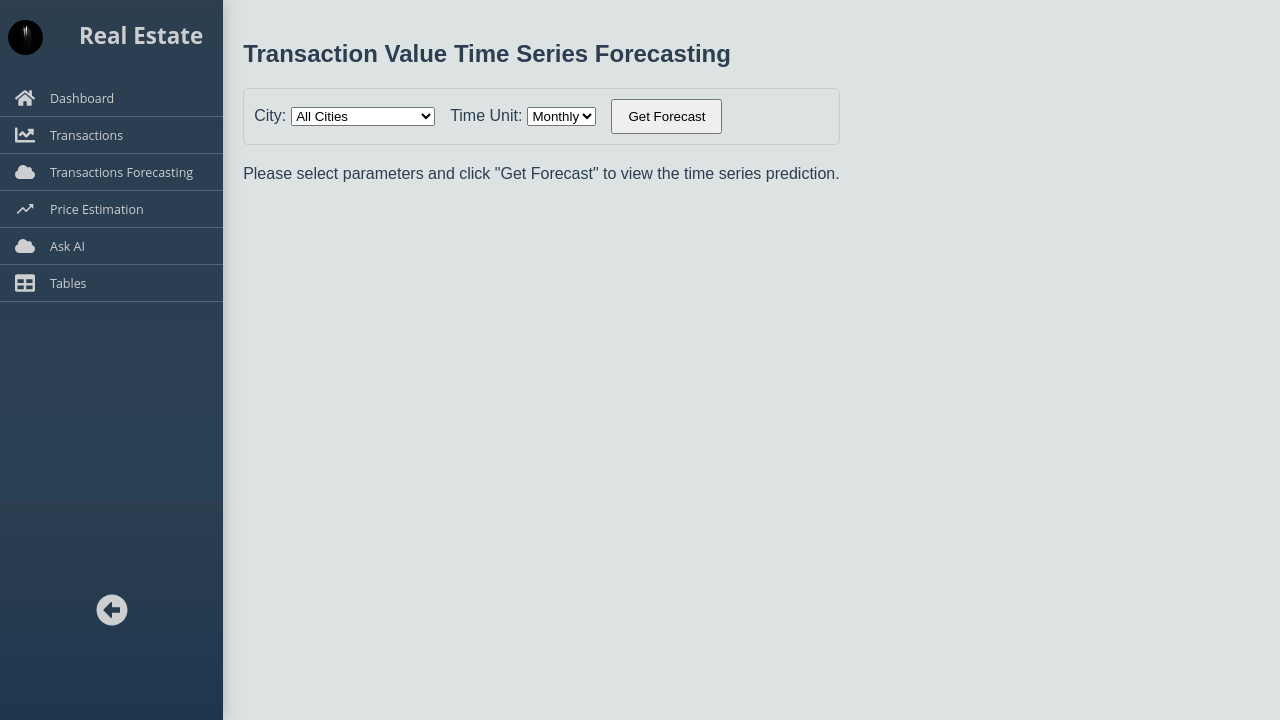
Repository: ZainabJammal/real-estate-system
Page: /transactions_forecasting (app in frontend/)
The author's editor kept a copy of each file at every save. The page is drawn from the files as they stood at one save, then again after the next save.
The browser window is 1280 px wide. The pictures show the whole page.
The project was rebuilt for these pictures with package versions that can differ from the ones it lists, and the page was loaded fresh each time. Also part of the build but not shown: frontend/vite.config.js, frontend/src/Components/CustomCard/Custom.css, frontend/src/Components/CustomCard/Custom.jsx, frontend/src/Components/BarChart/BarChartComponent.css, frontend/src/Components/BarChart/BarChartComponent.jsx, frontend/src/Components/MainCard/MainCard.css, frontend/src/Components/MainCard/MainCard.jsx, frontend/src/Functions/apiLogic.js and 16 more.

Above is the page before, as saved 2025-06-10 14:35:29.

After the next save:
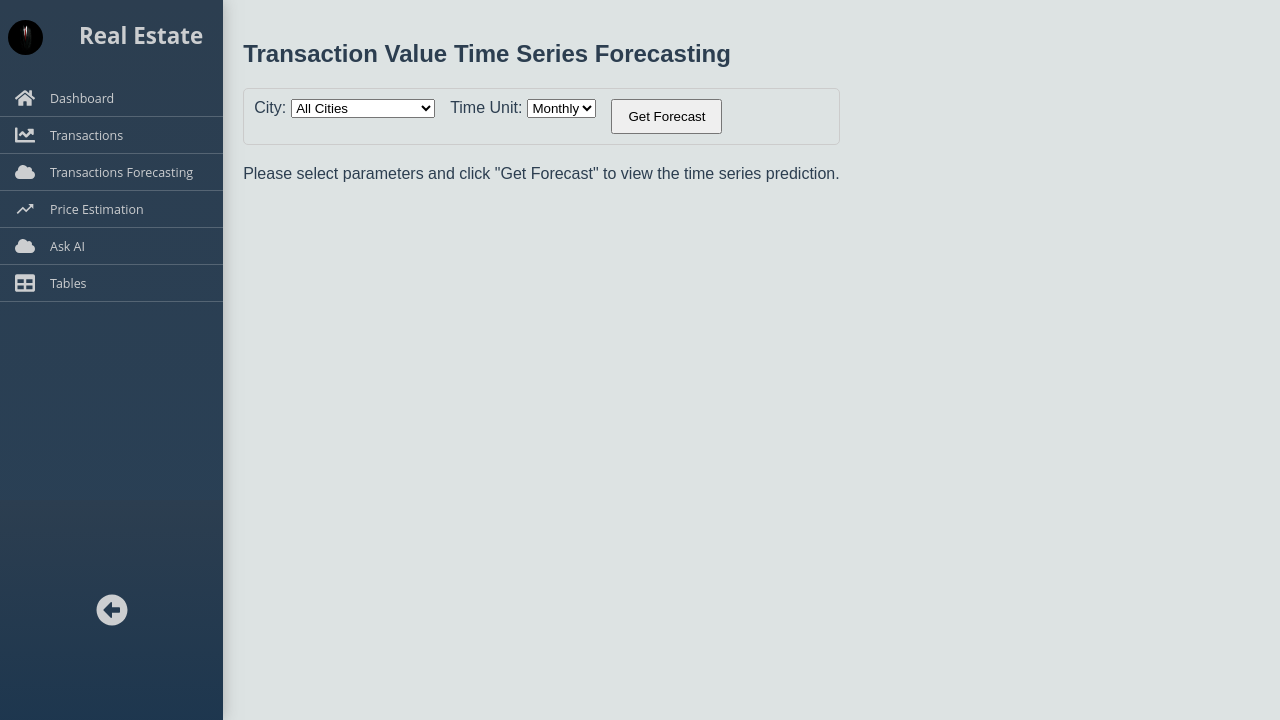
Saved 13 s later.
--- a/frontend/src/Pages/TransactionsForecasting.jsx
+++ b/frontend/src/Pages/TransactionsForecasting.jsx
@@ -143,7 +143,7 @@
   return (
     <div className="prediction-container" style={{ padding: '20px', fontFamily: 'Arial, sans-serif' }}>
       <h2>Transaction Value Time Series Forecasting</h2>
-      <form onSubmit={handleSubmit} style={{ maxWidth:'100%',marginBottom: '20px', flexDirection:'row',  display: 'flex', flexWrap: 'nowrap', gap: '15px', alignItems: 'center', padding: '10px', border: '1px solid #ccc', borderRadius: '5px' }}>
+      <form onSubmit={handleSubmit} style={{ maxWidth:'100%',marginBottom: '20px', flexDirection:'row',  display: 'flex', flexWrap: 'nowrap', gap: '15px', alignContentalignItems: 'center', padding: '10px', border: '1px solid #ccc', borderRadius: '5px' }}>
         <div className="form-group">
           <label htmlFor="selectedCity" style={{ marginRight: '5px' }}>City:</label>
           <select

After the 2 saves that followed:
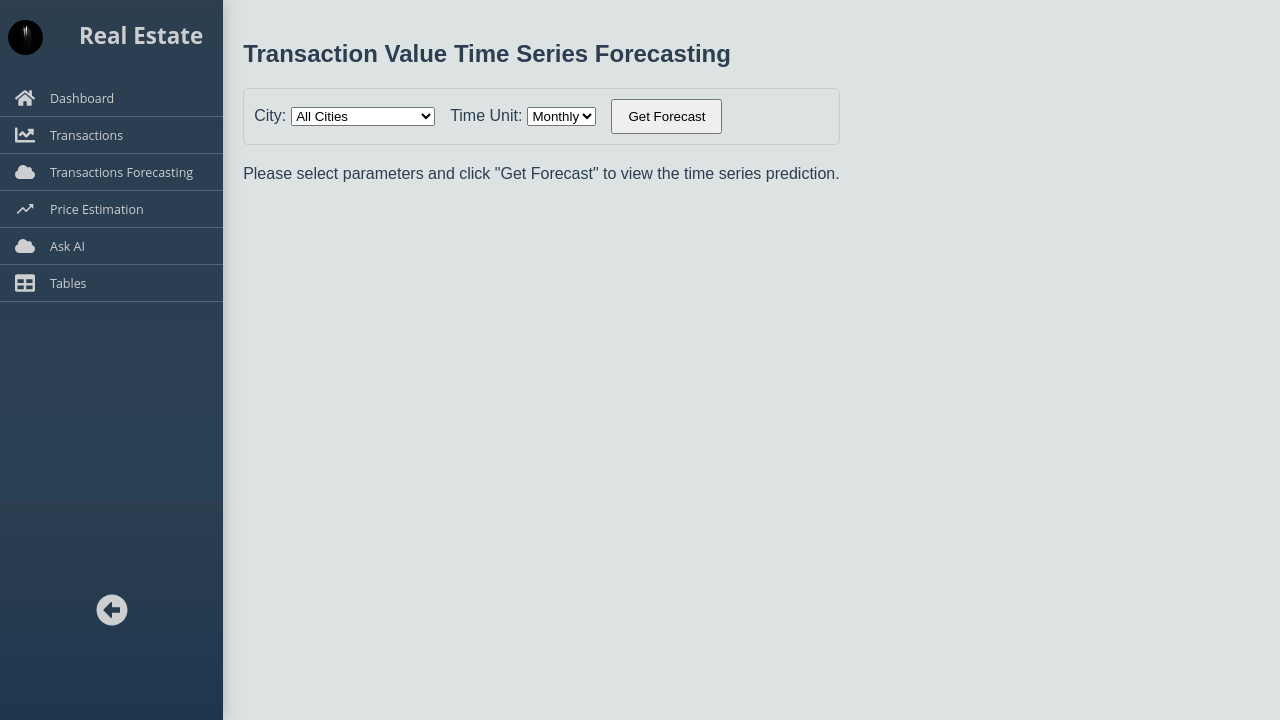
The 2 saves are shown as one change because they came seconds apart.
The last was saved 7 s later.
--- a/frontend/src/Pages/TransactionsForecasting.jsx
+++ b/frontend/src/Pages/TransactionsForecasting.jsx
@@ -143,7 +143,7 @@
   return (
     <div className="prediction-container" style={{ padding: '20px', fontFamily: 'Arial, sans-serif' }}>
       <h2>Transaction Value Time Series Forecasting</h2>
-      <form onSubmit={handleSubmit} style={{ maxWidth:'100%',marginBottom: '20px', flexDirection:'row',  display: 'flex', flexWrap: 'nowrap', gap: '15px', alignContentalignItems: 'center', padding: '10px', border: '1px solid #ccc', borderRadius: '5px' }}>
+      <form onSubmit={handleSubmit} style={{ maxWidth:'100%',marginBottom: '20px', flexDirection:'row',  display: 'flex', flexWrap: 'nowrap', gap: '15px', alignContent:'center',alignItems: 'center', padding: '10px', border: '1px solid #ccc', borderRadius: '5px' }}>
         <div className="form-group">
           <label htmlFor="selectedCity" style={{ marginRight: '5px' }}>City:</label>
           <select
